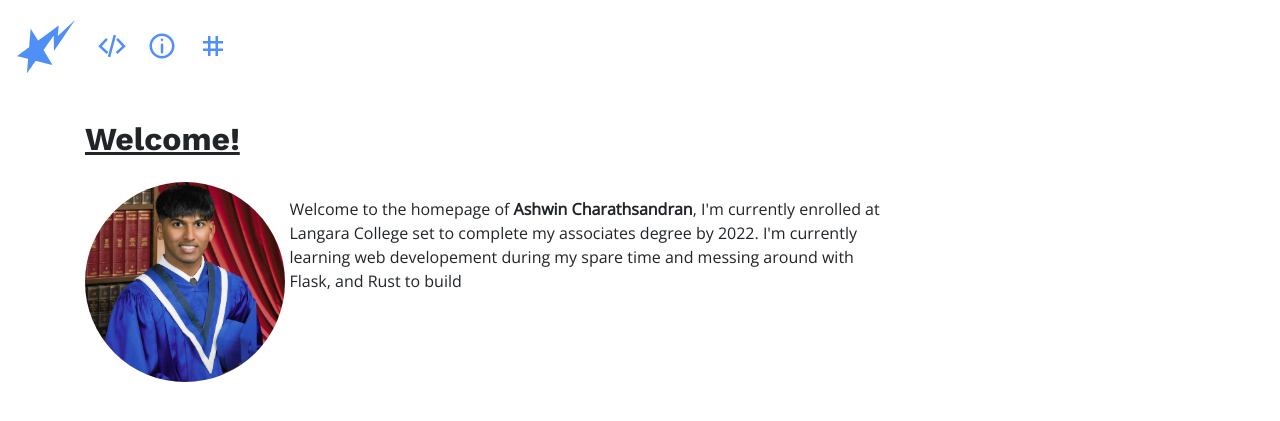
Repository: xxiz/ashwin.lol_flask
Page: http://localhost/
An editor plug-in stored every save of this project. The page is shown before and after the next save, followed by the edit.
The browser window is 1280 px wide. The pictures show the whole page.
The page is served by the project's application, run on Flask 3 (app.py).

Above is the page before, as saved 2021-08-31 17:31:17.

After the next save:
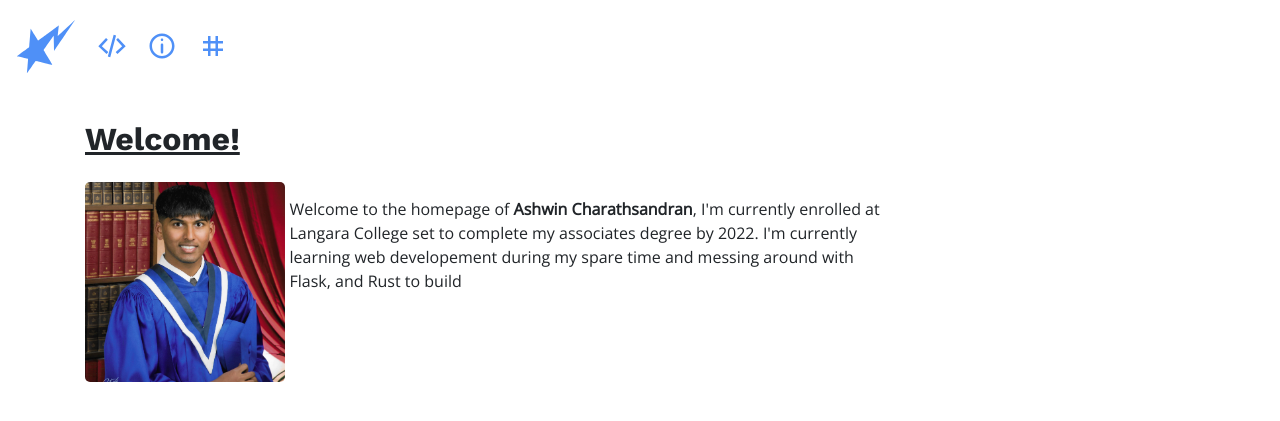
Saved 10 s later.
--- a/static/app.css
+++ b/static/app.css
@@ -27,7 +27,7 @@ p {
 .me {
     display: inline-block;
     max-width: 200px;
-    border-radius: 100%;
+    border-radius: 5px;
 }
 
 a {
